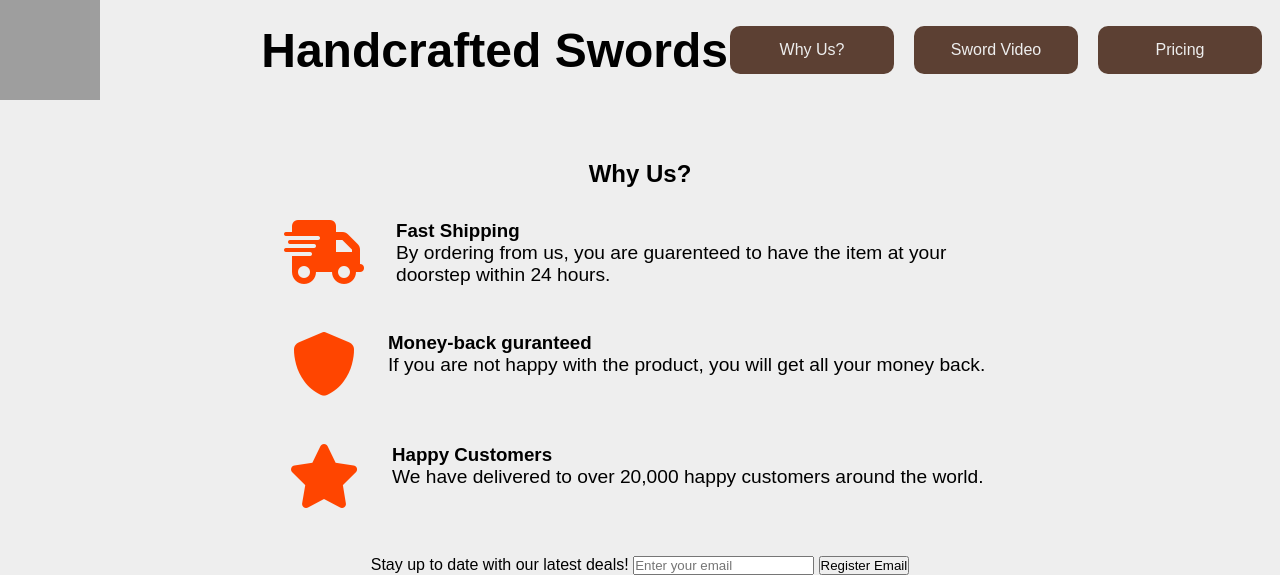
Repository: Pafestivo/Product-Landing-Page
Page: index.html
These files come from the project's save history. The page is drawn as it stood at one moment and after the next save; the edit follows.
The browser window is 1280 px wide. The pictures show the part of the page from y = 0 to 575 px (the page is 894 px tall).
Pictures or frames that could not be fetched are drawn as grey boxes. Some web libraries are served in a nearby version.

Above is the page before, as saved 2022-09-15 17:27:13.

### index.html
<!DOCTYPE html>
<html lang="en">
<head>
  <meta charset="UTF-8">
  <meta name="viewport" content="width=device-width, initial-scale=1.0">
  <link rel="stylesheet" href="styles.css">
  <script src="https://kit.fontawesome.com/e2364af56b.js" crossorigin="anonymous"></script>
  <title>Product Landing Page</title>
</head>

<body>
  <header id="header">
    <img
    id="header-img"
    src="https://static.vecteezy.com/system/resources/previews/002/323/268/non_2x/fist-icon-symbol-vector.jpg"
    width="100"
    height="100"
    />

    <h1 id="page-title">Handcrafted Swords</h1>

    <nav id="nav-bar">
      <a class="nav-link hover-effect" href="#why-us">Why Us?</a>
      <a class="nav-link hover-effect" href="#sword-video">Sword Video</a>
      <a class="nav-link hover-effect" href="#pricing">Pricing</a>
    </nav>
  </header>

  <main>
    <h2 id="why-us">Why Us?</h2>
    <div class="reason">
    <i class="fa-solid fa-truck-fast fa-4x"></i>
      <div class="reason-text">
        <h3>Fast Shipping</h3>
        <p>By ordering from us, you are guarenteed to have the item at your doorstep within 24 hours.</p>
      </div> <!-- /Reason-text-->
    </div> <!-- /Reason -->

    <div class="reason">
      <i class="fa-solid fa-shield fa-4x"></i>
      <div class="reason-text">
        <h3>Money-back guranteed</h3>
        <p>If you are not happy with the product, you will get all your money back.</p>
      </div> <!-- /Reason-text-->
    </div> <!-- /Reason -->

    <div class="reason">
      <i class="fa-solid fa-star fa-4x"></i>
      <div class="reason-text">
        <h3>Happy Customers</h3>
        <p>We have delivered to over 20,000 happy customers around the world.</p>
      </div> <!-- /Reason-text-->
      </div> <!-- /Reason -->


      <form id="form">
        <label for="email">Stay up to date with our latest deals!</label>
        <input
        id="email"
        type="email"
        placeholder="Enter your email"
        />
        <input
        id="submit"
        type="submit"
        value="Register Email"
        action="https://www.freecodecamp.com/email-submit"
        />
      </form>


      <iframe
      width="560"
      height="315"
      src="https://www.youtube.com/embed/0qC64jGCxBo?autoplay=1&mute=1"
      title="YouTube video player"
      frameborder="0"
      allow="accelerometer; autoplay; clipboard-write; encrypted-media; gyroscope; picture-in-picture"
      allowfullscreen>
      </iframe>

  </main>
</body>
</html>

### styles.css
* {
  margin: 0;
  padding: 0;
}

html {
  box-sizing: border-box;
}

body {
  font-family: sans-serif;
  background-color: #eee;
}

/* header */
#nav-bar a {
  text-decoration: none;
  color: #eee;
  background-color: #5C4033;
  margin: 4px 2px;
  padding: 15px 32px;
  width: 100px;
  text-align: center;
  border-radius: 10px;
  transition: 0.5s;
}

.hover-effect:hover {
  transform: scale(1.1);
}

header {
  display: grid;
  grid-template-columns: 1fr auto 1fr;
  align-items: center;
  position: fixed;
  width: 100%;
}

header h1 {
    font-size: 3em;
}

#nav-bar {
  display: flex;
  gap: 1rem;
  padding-right: 1rem;
  justify-self: end;
}
/* End of header */

/* Main  */
main {
  text-align: center;
}

#why-us {
  padding: 10rem 0 2rem 0;
}

.reason {
  display: flex;
  justify-content: center;
}

.reason p {
  width: 600px;
  font-size: 1.2rem;
  text-align: left;
}

.fa-solid {
  color: orangered;
  padding: 0 2rem 3rem 0;
}

.reason h3 {
  text-align: left;
}

/* End of main */

After the next save:
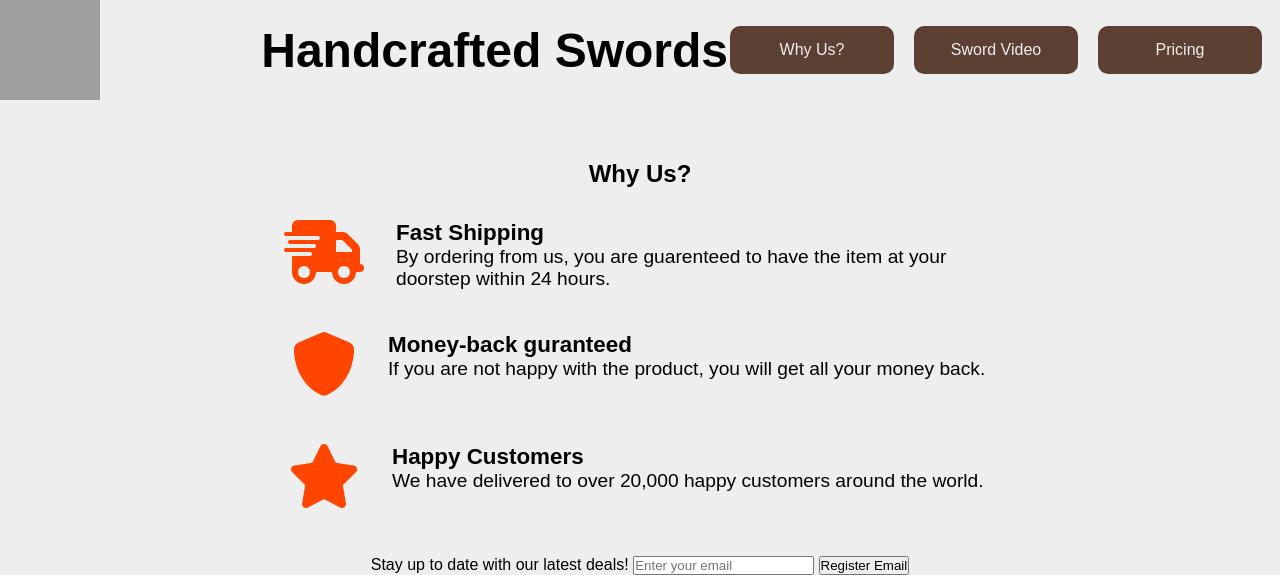
Saved 28 s later.
--- a/styles.css
+++ b/styles.css
@@ -63,6 +63,11 @@
   justify-content: center;
 }
 
+.reason h3 {
+  text-align: left;
+  font-size: 1.4rem;
+}
+
 .reason p {
   width: 600px;
   font-size: 1.2rem;
@@ -74,8 +79,4 @@
   padding: 0 2rem 3rem 0;
 }
 
-.reason h3 {
-  text-align: left;
-}
-
 /* End of main */
